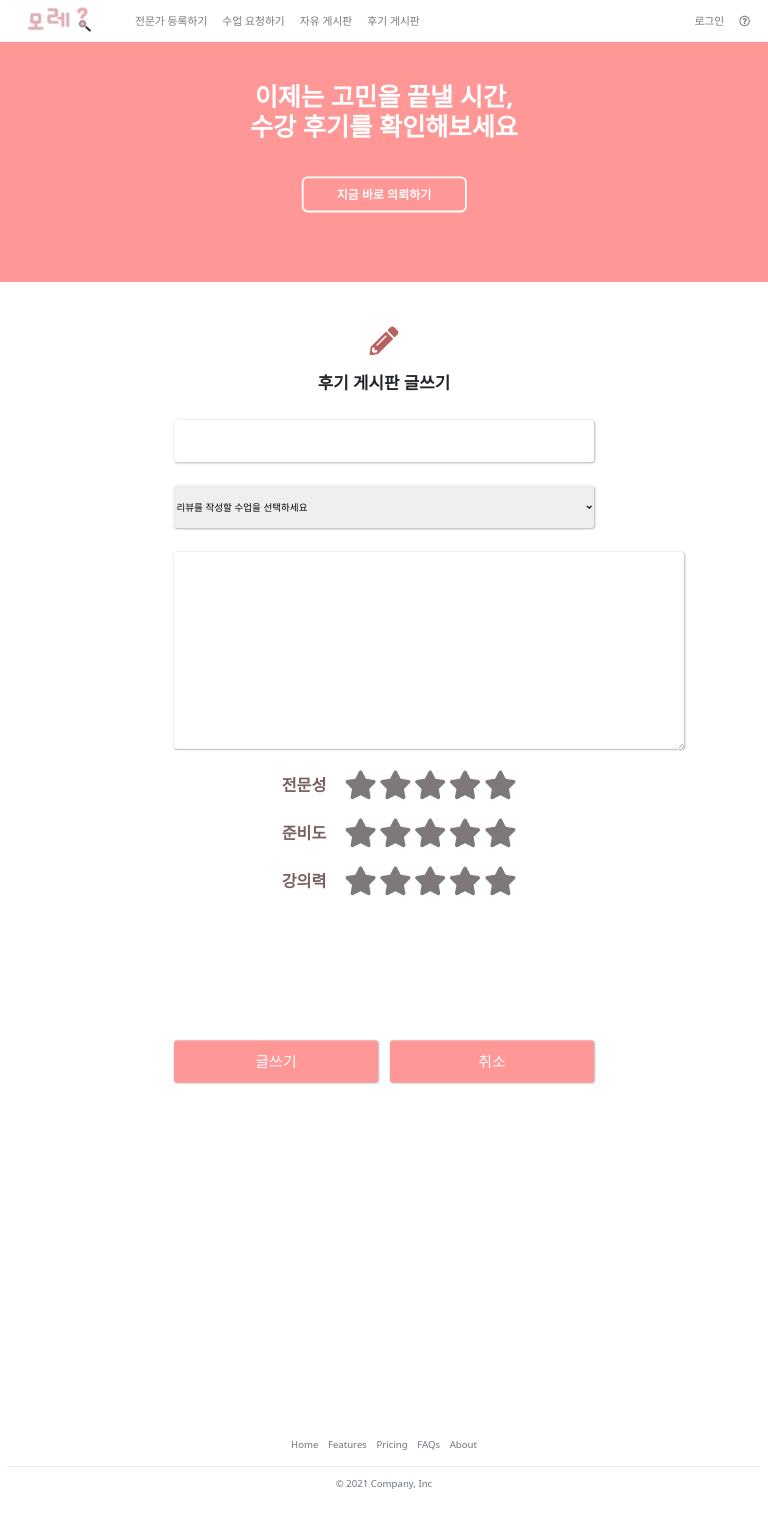
Repository: isssson/MVC2_more
Page: http://localhost/more/WEB-INF/views/review/reviewWrite.jsp
An editor plug-in stored every save of this project. The page is shown before and after the next save, followed by the edit.
The browser window is 1280 px wide. The pictures show the whole page, at 60% of full size.
Some web libraries are served in a nearby version. The page is served by Tomcat 9. Nobody is signed in. Other server files are loaded and not shown. The template is opened directly, without the code that normally fills it, so the values that code supplies are empty.

Above is the page before, as saved 2021-12-10 06:40:12.

### more/src/main/webapp/WEB-INF/views/review/reviewWrite.jsp
<%@ page language="java" contentType="text/html; charset=UTF-8"
	pageEncoding="UTF-8"%>
<%@ taglib uri="http://java.sun.com/jsp/jstl/core" prefix="c" %>
<!DOCTYPE html>
<html>
<head>
<meta charset="UTF-8">
<title>Insert title here</title>
<script src="https://use.fontawesome.com/releases/v5.2.0/js/all.js"></script>
<script src="https://cdnjs.cloudflare.com/ajax/libs/jquery/3.4.1/jquery.min.js"></script>
<link rel="stylesheet" type="text/css" href="resources/css/review/review.css?after">
<link rel="stylesheet" type="text/css" href="resources/css/header.css">
<link rel="stylesheet" href="resources/css/bootstrap.min.css">
</head>
<body>
<%@ include file="/WEB-INF/views/header.jsp" %>
	<div class="revMainContainer">
		<div class="revMainTextBox">
			<div class="revMainText">
				<h1>
					이제는 고민을 끝낼 시간,<br>수강 후기를 확인해보세요
				</h1>
				<div class="revMainBt"><a href="#">지금 바로 의뢰하기</a></div>
			</div>
		</div>
	</div>
	<div id="revIntroContainer">
		<div class="introItem">
			<i class="fas fa-pencil-alt fa-3x"></i>
			<h3>후기 게시판 글쓰기</h3>
		</div>
	</div>
	<form name="reviewWrite" action="reviewWrite.do" method="post">
		<div class="writeContainer">
			<input type="text" name="name" value="${sessionScope.sessionName}" readonly>
			<select name="lessonlist" onchange="selectCate(this.value)" required>
				<option value="" selected hidden disabled>리뷰를 작성할 수업을 선택하세요</option>
				<c:forEach var="list" items="${list}">
					<option value="${list.e_id}강사의 ${list.cate2}레슨(${list.cate1})">${list.e_id}강사의 ${list.cate2} 레슨(${list.cate1})</option>
				</c:forEach>
			</select>
			<textarea name="content" cols="80" rows="12" maxlength="500" placeholder="레슨 후기를 작성해주세요." required>
			</textarea>
			<div class="ratingContainer">
			<div class="ratingItem">
				<h4>전문성</h4>
				<div id="rating1">
       				<i class="fas fa-star fa-3x"></i>
        			<i class="fas fa-star fa-3x"></i>
       				<i class="fas fa-star fa-3x"></i>
      				<i class="fas fa-star fa-3x"></i>
    				<i class="fas fa-star fa-3x"></i>
    			</div>
    		</div>
    		<div class="ratingItem">
    			<h4>준비도</h4>
				<div id="rating2">
       				<i class="fas fa-star fa-3x"></i>
        			<i class="fas fa-star fa-3x"></i>
       				<i class="fas fa-star fa-3x"></i>
      				<i class="fas fa-star fa-3x"></i>
    				<i class="fas fa-star fa-3x"></i>
    			</div>
    		</div>
    		<div class="ratingItem">
    			<h4>강의력</h4>
				<div id="rating3">
       				<i class="fas fa-star fa-3x"></i>
        			<i class="fas fa-star fa-3x"></i>
       				<i class="fas fa-star fa-3x"></i>
      				<i class="fas fa-star fa-3x"></i>
    				<i class="fas fa-star fa-3x"></i>
    			</div>
    		</div>
			</div>

			<div class="writeButton">
				<input type="hidden" name="e_id" id="changeE_id">
				<input type="hidden" name="cate1" id="changeCate1">
				<input type="hidden" name="cate2" id="changeCate2">
				<input type="hidden" name="id" value="${sessionScope.sessionId}">
				<input type="submit" value="글쓰기" onmouseover="sum()"> <input type="button" value="취소">
				<input type="hidden" name="grade1" value="">
				<input type="hidden" name="grade2" value="">
				<input type="hidden" name="grade3" value="">
				<input type="hidden" name="gradesum" value="">
			</div>
		</div>
	</form>
	<br>
	<br>
	<%@ include file="/WEB-INF/views/footer.jsp" %>
	<script>
	function selectCate(value){
		var i=value;
		var a=i.substring(i.indexOf("의")+2,i.indexOf("레"));
		var b=i.substring(0,i.indexOf("강"));
		var c=i.substring(i.indexOf("(")+1,i.indexOf(")"));
		console.log(a);
		console.log(b);
		console.log(c);
		$('#changeCate2').val(a);
		$('#changeE_id').val(b);
		$('#changeCate1').val(c);
	}

	</script>
	<script>

        $(function(){
            $('#rating1 svg').click(function(){
                var targetNum1=$(this).index()+1;
                $('#rating1 svg').css({color:'#000'});
                $('#rating1 svg:nth-child(-n'+targetNum1+')').css({color:'#ff9797'});
                console.log(targetNum1);
                document.reviewWrite.grade1.value=targetNum1;
            })

            $('#rating2 svg').click(function(){
                var targetNum2=$(this).index()+1;
                $('#rating2 svg').css({color:'#000'});
                $('#rating2 svg:nth-child(-n'+targetNum2+')').css({color:'#ff9797'});
                console.log(targetNum2);
                document.reviewWrite.grade2.value=targetNum2;
            })

            $('#rating3 svg').click(function(){
                var targetNum3=$(this).index()+1;
                $('#rating3 svg').css({color:'#000'});
                $('#rating3 svg:nth-child(-n'+targetNum3+')').css({color:'#ff9797'});
                console.log(targetNum3);
                document.reviewWrite.grade3.value=targetNum3;
            })

        });
        function sum(){
        	var a=parseInt(document.reviewWrite.grade1.value);
        	var b=parseInt(document.reviewWrite.grade2.value);
        	var c=parseInt(document.reviewWrite.grade3.value);
            var targetNumSum=Math.round((a+b+c)/3);
            console.log(targetNumSum);
            document.reviewWrite.gradesum.value=targetNumSum;
        }

    </script>
</body>
</html>

### more/src/main/webapp/WEB-INF/views/header.jsp
<%@ page language="java" contentType="text/html; charset=UTF-8"
    pageEncoding="UTF-8"%>
<%@ taglib prefix="c" uri="http://java.sun.com/jsp/jstl/core" %>
<script src="https://use.fontawesome.com/releases/v5.2.0/js/all.js"></script>
<link href="resources/css/header.css" rel="stylesheet">
<!-- Global site tag (gtag.js) - Google Analytics -->
<script async src="https://www.googletagmanager.com/gtag/js?id=UA-214947172-1"></script>
<script>
  window.dataLayer = window.dataLayer || [];
  function gtag(){dataLayer.push(arguments);}
  gtag('js', new Date());

  gtag('config', 'UA-214947172-1');
</script>
<!-- ---------------------비회원  -->
<c:if test="${sessionScope.sessionStatus == null }">
	<header>
    <div id="headerContainer">
        <a href="index.do"><img src="resources/img/more_logo.jpg" alt="logo" style="padding: 10px"></a>
        <div id="menubar">
          <div id="leftMenu">
            <div><a href="regist1.do">전문가 등록하기</a></div>
            <div><a href="lessonList.do">수업 요청하기</a></div>
            <div><a href="bbsList.do">자유 게시판</a></div>
            <div><a href="reviewList.do">후기 게시판</a></div>
          </div>
          <div id="rightMenu">
               <div><a href="login.do">로그인</a></div>
               <div><a href="noticeList.do"><i class="far fa-question-circle"></i></a></div>
          </div>
        </div>
      </div>
	</header>
</c:if>
<!----------------------기본(의뢰인) 로그인중-->
<c:if test="${sessionScope.sessionStatus == 1 }">
	<header>
     <div id="headerContainer">
        <a href="index.do"><img src="resources/img/more_logo.jpg" alt="logo" style="padding: 10px"></a>
        <div id="menubar">
          <div id="leftMenu">
            <div id="client" onmouseover="show()" onmouseout="hide()">
               <a href="#">레슨</a>
              </div>
            <div id="joinExpert">
               <a href="regist1.do">전문가 등록하기</a>
             </div>
            <div><a href="bbsList.do">자유 게시판</a></div>
            <div><a href="reviewList.do">후기 게시판</a></div>
          </div>
          <div id="rightMenu">
            <div>${sessionScope.sessionName }님</div>
            <div><a href="setting.do"><i class="far fa-user fa-1x"></i></a></div>
            <div><a href="noticeList.do"><i class="far fa-question-circle"></i></a></div>
          </div>
        </div>
      </div>
      <div id="hiddenHeaderContainer" onmouseover="show()" onmouseout="hide()">
        <div class="hiddenItem">
          <div class="Item"><a href="suggestList.do">레슨 목록</a></div>
          <div class="Item"><a href="lessonList.do">레슨 요청하기</a></div>
          <div class="Item"><a href="sentRequest.do?id=${sessionScope.sessionId}">보낸 요청</a></div>
          <div class="Item"><a href="receiveSuggest.do?id=${sessionScope.sessionId }">받은 제안</a></div>
          <div class="Item"><a href="m_documentList.do">나의 레슨 내역</a></div>
        </div>
      </div>
	</header>
</c:if>
<!-- -----------------------전문가 로그인중 -->
<c:if test="${sessionScope.sessionStatus == 2 }">
	<header>
     <div id="headerContainer">
       <a href="index.do"><img src="resources/img/more_logo.jpg" alt="logo" style="padding: 10px"></a>
       <div id="menubar">
         <div id="leftMenu">
           <div id="client" onmouseover="show()" onmouseout="hide()">
              <a href="#">레슨</a>
             </div>
           <div><a href="bbsList.do">자유 게시판</a></div>
           <div><a href="reviewList.do">후기 게시판</a></div>
         </div>
         <div id="rightMenu">
           <div>${sessionScope.sessionName }님</div>
           <div><a href="setting.do"><i class="far fa-user fa-1x"></i></a></div>
		   <div><a href="noticeList.do"><i class="far fa-question-circle"></i></a></div>
         </div>
       </div>
     </div>
     <div id="hiddenHeaderContainer" onmouseover="show()" onmouseout="hide()">
       <div class="hiddenItem">
       	 <div class="Item"><a href="requestList.do">요청서 목록</a></div>
       	 <div class="Item"><a href="suggest.do">레슨 제안하기</a></div>
         <div class="Item"><a href="sentsuggest.do?id=${sessionScope.sessionId}">보낸 제안</a></div>
		 <div class="Item"><a href="m_documentList.do">나의 레슨 내역</a></div>
       </div>
     </div>
	</header>
</c:if>
   <script>
       function show(){
         document.getElementById('hiddenHeaderContainer').style.display='block';
       }
       function hide(){
         document.getElementById('hiddenHeaderContainer').style.display='none';
       }
  </script>

### more/src/main/webapp/WEB-INF/views/footer.jsp
<%@ page language="java" contentType="text/html; charset=UTF-8"
    pageEncoding="UTF-8"%>
<link href="resources/css/footer.css" rel="stylesheet">
<div class="container-fluid">
  <footer class="py-3 my-4">
    <ul class="nav justify-content-center border-bottom pb-3 mb-3">
      <li class="nav-item"><a href="#" class="nav-link px-2 text-muted">Home</a></li>
      <li class="nav-item"><a href="#" class="nav-link px-2 text-muted">Features</a></li>
      <li class="nav-item"><a href="#" class="nav-link px-2 text-muted">Pricing</a></li>
      <li class="nav-item"><a href="#" class="nav-link px-2 text-muted">FAQs</a></li>
      <li class="nav-item"><a href="#" class="nav-link px-2 text-muted">About</a></li>
    </ul>
    <p class="text-center text-muted">&copy; 2021 Company, Inc</p>
  </footer>
</div>

<div class="b-example-divider"></div>

### more/src/main/webapp/resources/css/review/review.css
@charset "UTF-8";
body{
    margin:0;
}
h1{
    text-align: center;
}
h3{
    margin-top: 80px;
    text-align: center;
    font-size: 24px;
}
p{
    text-align: center;
}
a{
    text-decoration:none;
    color:rgb(26, 25, 25);
}
a:hover{
    color:rgb(26, 25, 25);
}
li{
    list-style: none;
}
/* icon */
.far fa-file-alt{
    color: #af8c19;
}
/* -------------------------main------------------------- */
.revMainContainer{
    background-color:#ff9797;
    height: 400px;
    width: 100%;
}
.revMainContainer .revMainTextBox{
    width: 100%;
    height: 400px;
    padding-right: 15px;
    padding-left: 15px;
    margin:0 auto;
}
.revMainText{
    margin:0 auto;
    width: 550px;
    height: 400px;
    display: flex;
    flex-direction: column;
    justify-content: center;
}
.revMainText h1{
    height: 100px;
    font-size: 42px;
    font-weight: bold;
    color: white;
    text-align: center;
}
.revMainText .revMainBt{
    width:50%;
    text-align: center;
    font-size: 20px;
    font-weight: bold;
    border: 3px solid white;
    color: white;
    padding: 12px;
    border-radius: 10px;
    margin: 50px auto;
}
.revMainBt a{
	color:white;
	display:block;
	width:100%;
	height:100%;
}
.revMainBt{
	background-color: #ff9797;
}
.revMainBt:hover{
	background-color:white;
    transition: transform 1s;
}
.revMainBt:hover a{
	color:#ff9797;
	transform: scale(1.1);
	transition: transform 1s;
}


/*---------------------------------reviewIntro-------------------------------------- */
#revIntroContainer{
    width:100%;
    height: 200px;
    margin-top: 30px;
    display: flex;
    justify-content: center;
}
#revIntroContainer .introItem{
    width:300px;
    height:200px;
    display: flex;
    flex-direction: column;
    justify-content: center;
    align-items: center;
}
#revIntroContainer .introItem svg{
	color:#b96161;
}
#revIntroContainer .introItem h3{
    margin-top:30px;
    margin-bottom:0px;
    font-weight:bold;
}
#revIntroContainer .introItem h4{
    font-size: 18px;
    margin-top:10px;
    font-weight:bold;
}

/*----------------------------------reviewList-------------------------------------*/
#revListContainer{
    width: 1200px;
    height: 900px;
    margin:0 auto;
    display: grid;
    grid-template-columns: repeat(3, 1fr);
    grid-template-rows: repeat(2, 1fr);
    gap:10px 10px;
    justify-items: center;
}

#revListContainer .revItem{
    display: flex;
    flex-direction: column;
    justify-content: center;
    width:370px;
    height: 370px;
    border-radius: 10px;
    border: 1px solid rgba(139, 122, 122, 0.356);
    cursor: pointer;
}
#revListContainer .revItem:hover{
	 width:370px;
    height: 370px;
	transform: scale(1.03);
	transition: transform 1s;
	box-shadow: 1px 1px 3px 1px #bdbfc4;
}
.revItem .revCate{
    height: 40px;
    margin:5px auto;
    text-align: center;
    font-size: 18px;
    font-weight: bold;
    color: #9a5656;
    padding: 8px;
    margin-bottom: 30px;
    border-radius: 10px;
}
.revItem .revText{
    width:80%;
    height:180px;
    margin: 0 auto;
}
.revItem .revEtc{
    width:80%;
    height: 70px;
    margin: 10px auto;
    text-align: right;
    font-size: 17px;
    vertical-align: bottom;
}
.revItem .revEtc .star{
    width:100%;
    height: 30px;
}
.revItem .revEtc .studentName{
    margin-top: 7px;
    font-weight:bold;
    width:100%;
    height: 30px;
}
.footContainer{
	text-align:center;
}
.footContainer div{
	font-size: 20px;
	font-weight: bold;
	margin-bottom:20px;
}
.footContainer input{
	background-color:#ff9797;
	width: 340px;
	color: white;
    font-size: 25px;
    border:0px;
}
/*-------------------------------------modal*/
.modalContainer{
	position: fixed;
	background: rgba(0,0,0,0.8);
	left:0; right:0; top:0; bottom:0;
	display:flex;
	justify-content: center;
	align-items: center;
}
.modali{
	width:400px;
	height:680px;
	background-color: white;
    border-radius: 10px;
    position: relative;
}
.reviewDel{
	position: absolute;
	left:75%;
	top:12%;
}
.reviewDel span{
	border:1px solid gray;
	padding:5px;
	border-radius: 5px;
}
.modali .cate{
    width:50%;
    margin: 20px auto;
    border-radius: 10px;
    color: white;
    background-color: #ff9797;
    font-size: 15px;
    padding: 10px;
    text-align: center;
}
.modali .content{
    margin-bottom: 40px;
    margin-top: 40px;
    padding-left: 30px;
    padding-right: 30px;
    height: 320px;
}
.modali .star{
    text-align: center;
}
.modali .studentName{
    padding: 5px;
    font-weight:bold;
    text-align:center;
}
.modali .revBt{
    width: 90%;
    height: 50px;
    margin: 15px auto;
    text-align: center;
    border-radius: 10px;
    font-size: 18px;
    font-weight:bold;
    line-height: 50px;
    color: white;
    background-color: #ff9797;
}
.modali .revBt:hover{
	color:#ff9797;
	background-color: white;
}
/*------------------------------------- reviewWriteForm */

.writeContainer{
    margin:0 auto;
    width:700px;
    height:1600px;
}
.writeContainer .writer{
    width:100%;
    height:70px;
}
.writeContainer input, select{
    width:100%;
    height:70px;
    font-size:23px;
    margin-bottom: 40px;
    border:0px;
    border-radius:5px;
    box-shadow: 1px 1px 3px 1px #bdbfc4;
}
option{
	font-size:20px;
}
.writeContainer textarea{
    font-size:18px;
    margin-top:40px;
    border:0px;
    border-radius:5px;
    box-shadow: 1px 1px 3px 1px #bdbfc4;
}
.writeContainer .rating{
    width:100%;
    height:110px;
    color:#000;

}
.writeContainer .ratingContainer{
    width:100%;
    height: 400px;
    margin-top: 30px;
    margin-bottom: 50px;
    text-align: center;
}
.ratingContainer h4{
	font-size:25px;
}
.ratingContainer .rating svg{
	color:black;
	cursor:pointer;
}
.ratingItem{
	display: flex;
    justify-content: center;
    padding-left: 50px;
    width: 100%;
    height: 80px;
}
.ratingItem h4{
	font-size: 27px;
    font-weight: bold;
    color: #776161;
    margin-right: 30px;
    line-height: 50px;
}
.writeButton{
    display: flex;
    flex-direction: row;
    justify-content: space-between;
}
.writeButton input{
	background-color:#ff9797;
	width: 340px;
	color: white;
    font-size: 25px;
}

### more/src/main/webapp/resources/css/header.css
@charset "UTF-8";
a{
    text-decoration:none;
    color:rgb(26, 25, 25);
}
a:hover{
    color:rgb(26, 25, 25);
}
svg{
    color: #7e7878;
}
svg:hover{
    color: #424040;
    cursor: pointer;
}
#headerContainer{
    width:100%;
    height:70px;
    margin: 0 auto;
    display: flex;
    flex-direction: row;
    border-bottom:1px solid #dee2e6;
}
#headerContainer img{
    width: 200px;
    height: 65px;
    object-fit: cover;
}
#headerContainer #menubar{
    width:100%;
    height: 70px;
    display: flex;
    flex-direction: row;
    justify-content: space-between;
}
#headerContainer #menubar div a{
    font-size: 18px;
    color: #7e7878;
}
#headerContainer #menubar a:hover{
    color: #424040;
    font-weight: bold;
}
#menubar #leftMenu{
    display: flex;
}
#menubar #rightMenu{
    display: flex;
    margin-right: 30px;
}
#menubar #leftMenu div, #menubar #rightMenu div{
    font-size: 18px;
    line-height: 70px;
    margin-left: 25px;
}
#hiddenHeaderContainer{
    position: absolute;
    display: none;
    z-index: 1;
    width:100%;
    height:70px;
    left:50%;
    border-top:1px solid rgb(187, 183, 183);
    border-bottom:1px solid rgb(187, 183, 183);
    transform: translate(-50%);
    background-color: white;
}
#hiddenHeaderContainer .hiddenItem{

    width:100%;
    height:70px;
    margin-left: 170px;
    display: flex;
}
#hiddenHeaderContainer .hiddenItem .Item a{
    font-size: 18px;
    line-height: 70px;
    margin-left: 50px;
    color: #7e7878;
}
#hiddenHeaderContainer .hiddenItem .Item a:hover{
    color: #424040;
    font-weight: bold;
}

### more/src/main/webapp/resources/css/footer.css
@charset "UTF-8";
li {
	border-top: none;
}

Loaded but not shown: more/src/main/webapp/resources/css/bootstrap.min.css (library)

After the next save:
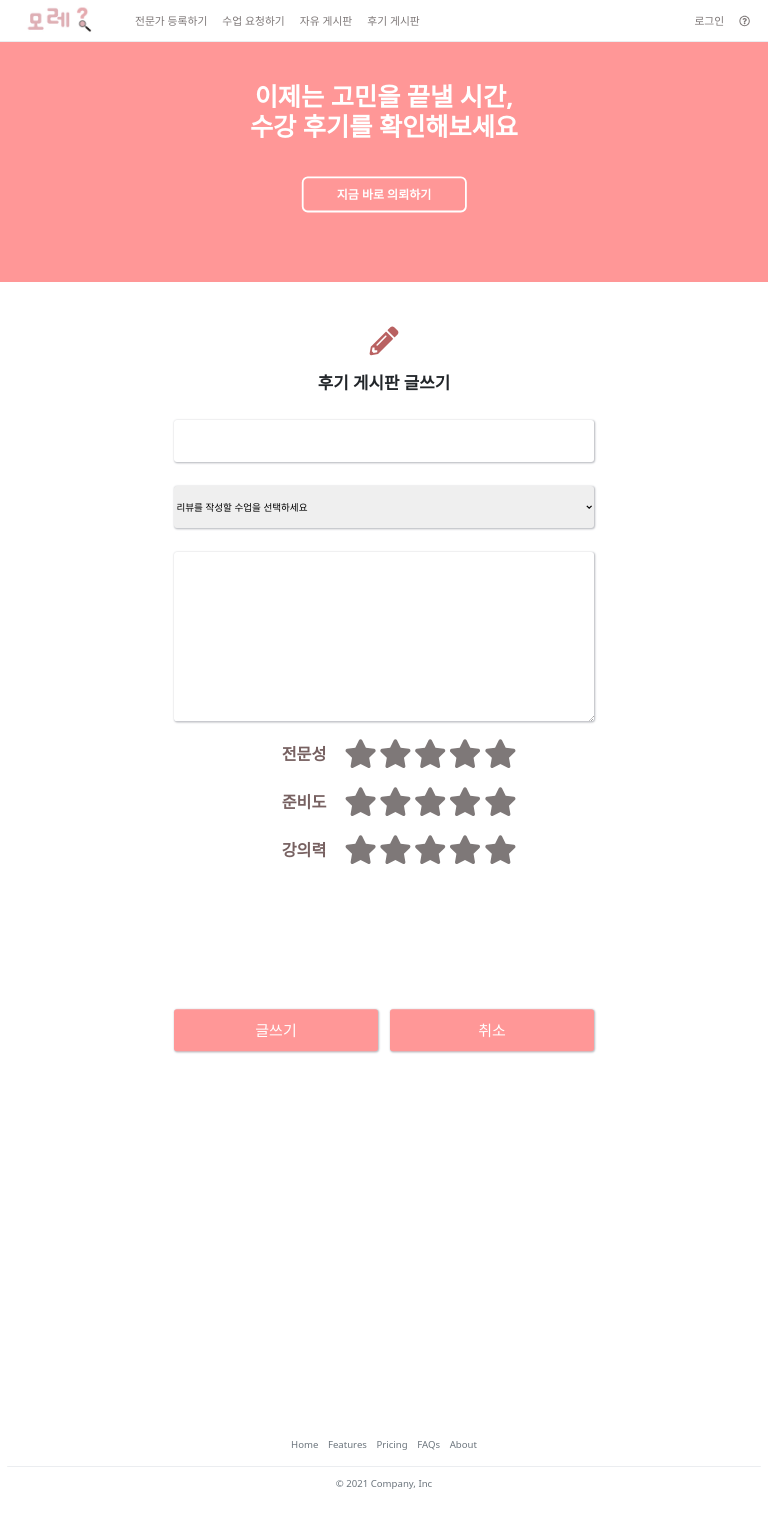
Saved 2 min 16 s later.
--- a/more/src/main/webapp/WEB-INF/views/review/reviewWrite.jsp
+++ b/more/src/main/webapp/WEB-INF/views/review/reviewWrite.jsp
@@ -39,7 +39,10 @@
 					<option value="${list.e_id}강사의 ${list.cate2}레슨(${list.cate1})">${list.e_id}강사의 ${list.cate2} 레슨(${list.cate1})</option>
 				</c:forEach>
 			</select>
-			<textarea name="content" cols="80" rows="12" maxlength="500" placeholder="레슨 후기를 작성해주세요." required>
+			<textarea name="content" cols="80" rows="10" autocomplete="off"
+					class="input-lg form-control"
+					placeholder="관련 경험이나 실력, 구체적인 목적이나 집중하고 싶은 분야가 있다면 알려주세요. 이 외에도 수업 진행시 선생님이 갖추어야 할 조건이 있다면 반드시 언급해주세요."
+					maxlength="500" required="" id="id_field_25">
 			</textarea>
 			<div class="ratingContainer">
 			<div class="ratingItem">
